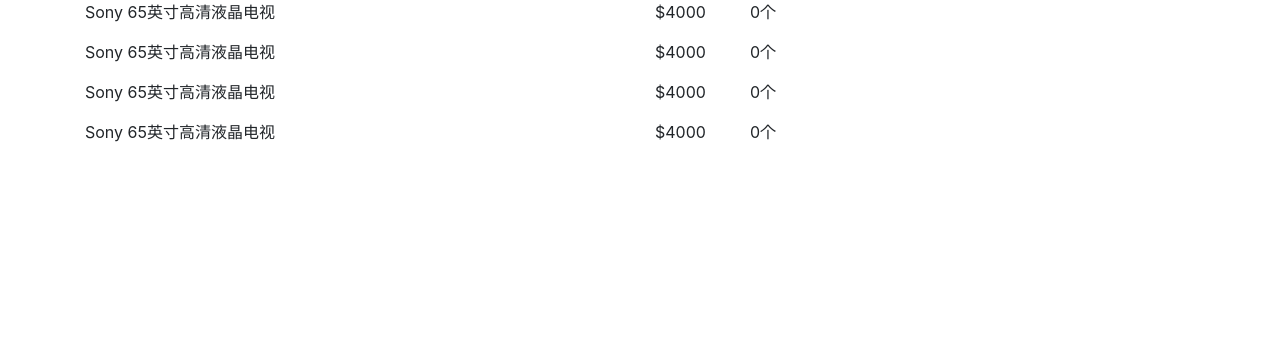
Repository: cuilongshui/reaact_dom
Page: /
An editor plug-in stored every save of this project. The page is shown before and after the next save, followed by the edit.
The browser window is 1280 px wide. The pictures show the whole page.
The project was rebuilt for these pictures with package versions that can differ from the ones it lists, and the page was loaded fresh each time. Also part of the build but not shown: src/App.css.

Above is the page before, as saved 2020-12-09 22:45:09.

### public/index.html
<!DOCTYPE html>
<html lang="en">
  <head>
    <meta charset="utf-8" />
    <link rel="icon" href="%PUBLIC_URL%/favicon.ico" />
    <meta name="viewport" content="width=device-width, initial-scale=1" />
    <meta name="theme-color" content="#000000" />
    <meta
      name="description"
      content="Web site created using create-react-app"
    />

    <title>React App</title>
  </head>
  <body>
    <noscript>You need to enable JavaScript to run this app.</noscript>
    <div id="root"></div>
  </body>
</html>

### src/index.js
/*
 * @Author: your name
 * @Date: 2020-12-04 23:02:56
 * @LastEditTime: 2020-12-09 22:44:31
 * @LastEditors: Please set LastEditors
 * @Description: In User Settings Edit
 * @FilePath: \my-app\src\index.js
 */
import React from 'react';
import ReactDOM from 'react-dom';
import './index.css';
import "bootstrap/dist/css/bootstrap.css";
import App from './App';


ReactDOM.render(
  <App/>,
  document.getElementById('root')
);

### src/App.js
import "./App.css";
import ListItem from "./components/listItem";

function App() {
  return (
    <div className="container">
      <ListItem />
      <ListItem />
      <ListItem />
      <ListItem />
    </div>
  );
}

export default App;

### src/components/listItem.jsx
/*
 * @Author: your name
 * @Date: 2020-12-09 20:45:07
 * @LastEditTime: 2020-12-09 22:43:05
 * @LastEditors: Please set LastEditors
 * @Description: In User Settings Edit
 * @FilePath: \my-app\src\components\listItem.jsx
 */
import React, { Component } from "react";
const product = {
  id: 1,
  name: "Sony 65英寸高清液晶电视",
  price: 4000,
  stock: 20,
};

let count = 0;

class ListItem extends Component {
  manageCount() {
    return count + '个'
  }


  render() {
    return (
      <div className="row mb-3">
        <div className="col-6 themed-grid-col">{product.name}</div>
        <div className="col-1 themed-grid-col">${product.price}</div>
        <div className="col-2 themed-grid-col">{this.manageCount()} </div>
      </div>
    );
  }
}
export default ListItem;

Loaded but not shown: src/index.css (common file)

After the next save:
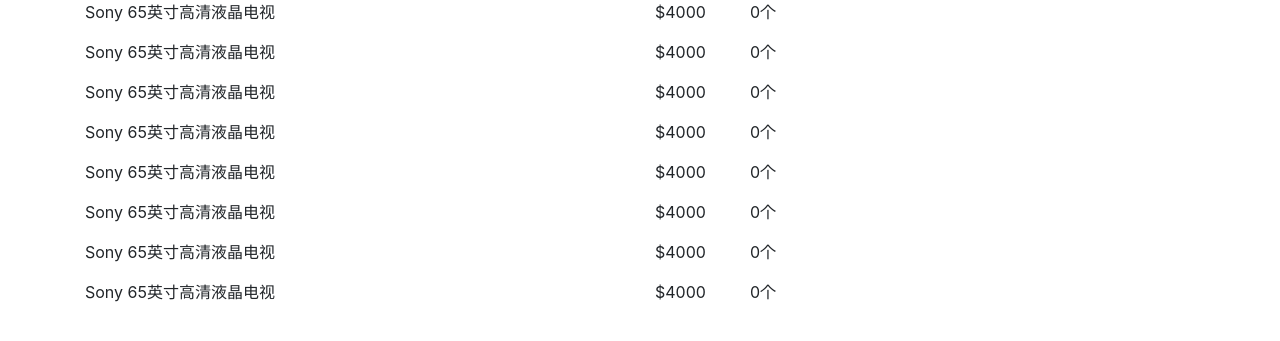
Saved 3 min 20 s later.
--- a/src/App.js
+++ b/src/App.js
@@ -3,12 +3,20 @@
 
 function App() {
   return (
-    <div className="container">
-      <ListItem />
-      <ListItem />
-      <ListItem />
-      <ListItem />
-    </div>
+    <>
+      <div className="container">
+        <ListItem />
+        <ListItem />
+        <ListItem />
+        <ListItem />
+      </div>
+      <div className="container">
+        <ListItem />
+        <ListItem />
+        <ListItem />
+        <ListItem />
+      </div>
+    </>
   );
 }
 
